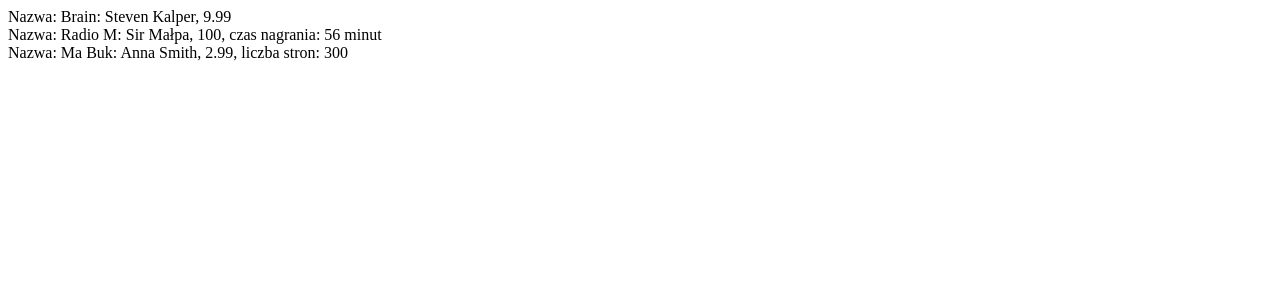
Repository: wojciechDrozd/php
Page: http://localhost/ShopProduct.php
An editor plug-in stored every save of this project. The page is shown before and after the next save, followed by the edit.
The browser window is 1280 px wide. The pictures show the whole page.
The page is run by PHP 8.4 with error messages shown; the project is at /var/www/html/.

Above is the page before, as saved 2017-03-04 07:53:21.

### Shop/ShopProduct.php
<?php

class ShopProduct{

	private $title;
	private $producerFirstName;
	private $producerLastName;
	protected $price;
	private $discount = 0;

	public function __construct($title, $producerFirstName, $producerLastName,$price){
		$this->title = $title;
		$this->producerFirstName = $producerFirstName;
		$this->producerLastName = $producerLastName;
		$this->price = $price;

	}

	public function getTitle(){
		return $this->title;
	}

	public function setDiscount($dis){
		$this->discount = $dis;
	}

	public function getPrice(){
		return ($this->price - $this->getDiscount());
	}

	public function getProducerFirstName(){
		return $this->producerFirstName;
	}

	public function getProducerLastName(){
		return $this->producerLastName;
	}

	public function getDiscount(){
		return $this->discount;
	}

	public function getProducer(){
		return "{$this->getProducerFirstName()} ".
		"{$this->getProducerLastName()}";
	}

	public function getSummaryLine(){
		return "Nazwa: {$this->getTitle()}: ".
		"{$this->getProducer()}, ".
		"{$this->getPrice()}";
	}

}



class CdProduct extends ShopProduct{
	private $playLength = 0;

	public function __construct($title, $firstName, $lastName, $price, $length){
		parent::__construct($title,$firstName,$lastName,$price);
		$this->playLength = $length;
	}

	public function getPlayLength(){
		return $this->playLength;
	}

	public function getSummaryLine(){
		return parent::getSummaryLine().", czas nagrania: {$this->getPlayLength()} minut";
	}
}

class BookProduct extends ShopProduct{

	private $numPages = 0;

	public function __construct($title,$first,$last,$price,$num){
		parent::__construct($title, $first, $last, $price);
		$this->numPages = $num;
	}

	public function getNumberOfPages(){
		return $this->numPages;
	}

	public function getSummaryLine(){
		return parent::getSummaryLine().", liczba stron: {$this->getNumberOfPages()}";
	}
}

$shopProduct = new ShopProduct("Brain", "Steven", "Kalper", 9.99);
print "{$shopProduct->getSummaryLine()}"."<br>";


$cdProduct = new CdProduct("Radio M", "Sir", "Małpa", 100, 56);
print $cdProduct->getSummaryLine()."<br>";

$bookProduct = new BookProduct("Ma Buk", "Anna", "Smith", 2.99, 300);
print $bookProduct->getSummaryLine();


?>

After the next save:
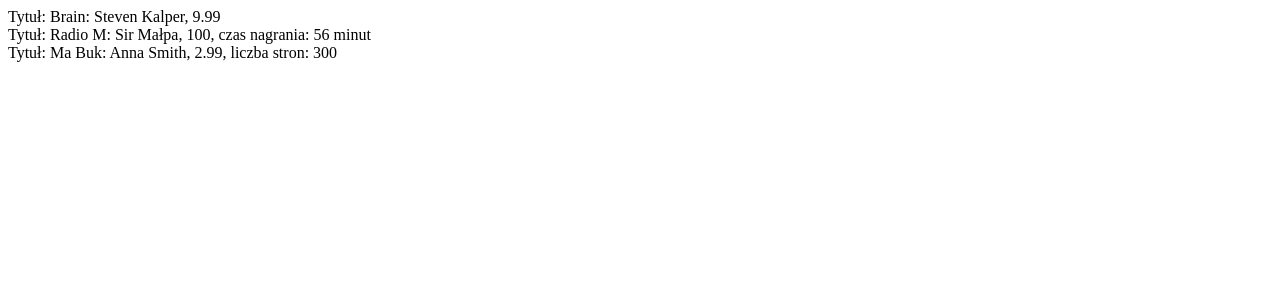
Saved 9 s later.
--- a/Shop/ShopProduct.php
+++ b/Shop/ShopProduct.php
@@ -46,7 +46,7 @@ class ShopProduct{
 	}
 
 	public function getSummaryLine(){
-		return "Nazwa: {$this->getTitle()}: ".
+		return "Tytuł: {$this->getTitle()}: ".
 		"{$this->getProducer()}, ".
 		"{$this->getPrice()}";
 	}
